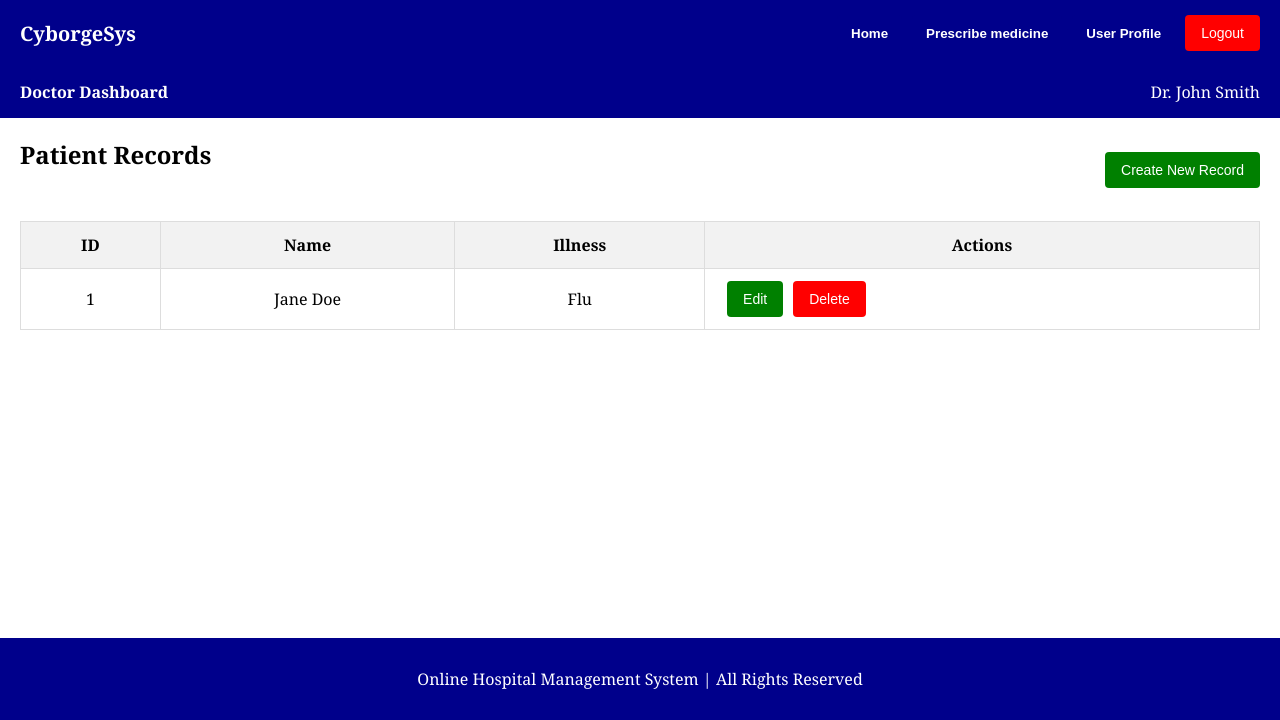
Repository: BinuriJ/HospitalSystem
Page: http://localhost/CyborgSys/DoctorDashboard.jsp
These files come from the project's save history. The page is drawn as it stood at one moment and after the next save; the edit follows.
The browser window is 1280 px wide. The pictures show the whole page.
The page is served by Tomcat 9.

Above is the page before, as saved 2025-05-10 06:07:26.

### CyborgSys/WebContent/DoctorDashboard.jsp
<%@ page language="java" contentType="text/html; charset=UTF-8" pageEncoding="UTF-8"%>
<%@ include file="DocterDashboardstyles.jsp" %>
<!DOCTYPE html>
<html>
<head>
    <meta charset="UTF-8">
    <title>Doctor Dashboard</title>
    <style>
    	<jsp:include page="footerCss.jsp" />
    </style>
</head>
<body>

<jsp:include page="header.jsp" />

<div class="top-bar">
    <div><strong>Doctor Dashboard</strong></div>
    <div>
        <span>Dr. John Smith</span>
    </div>
</div>



<div class="container">
    <div class="header">
        <h2>Patient Records</h2>
        <button class="btn btn-create">Create New Record</button>
    </div>

    <table>
        <thead>
            <tr>
                <th>ID</th>
                <th>Name</th>
                <th>Illness</th>
                <th>Actions</th>
            </tr>
        </thead>
        <tbody>
            <tr>
                <td>1</td>
                <td>Jane Doe</td>
                <td>Flu</td>
                <td>
                    <div class="actions">
                    	<br>
                        <button class="btn btn-edit">Edit</button>
                        <button class="btn btn-delete">Delete</button>
                    </div>
                </td>
            </tr>
        </tbody>
    </table>
</div>


<jsp:include page="footer.jsp" />

</body>
</html>

### CyborgSys/WebContent/DocterDashboardstyles.jsp
<style>
* {
    margin: 0;
    padding: 0;
    box-sizing: border-box;
}

html, body {
    height: 100%;
    font-family: Cambria, sans-serif;
    background-color: white;
}

/* Top Navigation Bar */
.top-bar {
    background-color: darkblue;
    color: white;
    padding: 15px 20px;
    display: flex;
    justify-content: space-between;
    align-items: center;
}

/* Main Content Area */
.container {
    padding: 20px;
}

/* Page Header */
.header {
    display: flex;
    justify-content: space-between;
    align-items: center;
    margin-bottom: 20px;
}

/* Table Styling */
table {
    width: 100%;
    border-collapse: collapse;
    background-color: white;
}

th, td {
    border: 1px solid #ddd;
    padding: 12px;
    text-align: center;
}

th {
    background-color: #f2f2f2;
}

/* Button Styling */
.btn {
    padding: 10px 16px;
    border: none;
    border-radius: 4px;
    cursor: pointer;
    font-size: 14px;
}

.btn-create,
.btn-edit,
.btn-submit {
    background-color: green;
    color: white;
}

.btn-create:hover,
.btn-edit:hover,
.btn-submit:hover {
    background-color: darkgreen;
}

.btn-delete {
    background-color: red;
    color: white;
}

.btn-delete:hover {
    background-color: darkred;
}

.actions {
    display: flex;
    gap: 10px;
}

/* Form Styling */
h2 {
    text-align: center;
    margin-bottom: 30px;
    color: black;
}

form {
    max-width: 500px;
    margin: 0 auto;
    background-color: white;
    padding: 30px;
    border-radius: 8px;
    box-shadow: 0 0 10px rgba(0,0,0,0.1);
}

label {
    display: block;
    margin-bottom: 6px;
    font-weight: bold;
    color: black;
}

input[type="text"],
select,
textarea {
    width: 100%;
    padding: 10px;
    margin-bottom: 20px;
    border: 1px solid #ccc;
    border-radius: 4px;
    font-size: 14px;
}

textarea {
    resize: vertical;
}

/* Footer Styling */
footer {
    background-color: darkblue;
    color: white;
    text-align: center;
    padding: 15px;
}
</style>

### CyborgSys/WebContent/footerCss.jsp
<style>

html, body {
    height: 100%; /* Make the html and body take full height of the viewport */
}

body {
    display: flex;
    flex-direction: column; /* Use flexbox to arrange content vertically */
    min-height: 100vh; /* Make body take the full height of the viewport */
}

.container {
    flex: 1; /* Let the main content expand to fill the available space */
}

footer {
    background-color: darkblue; /* Dark background for the footer */
    color: white; /* White text */
    padding: 10px 0; /* Padding for the footer */
    text-align: center; /* Center the footer text */
}

</style>

### CyborgSys/WebContent/header.jsp
<%@ page language="java" contentType="text/html; charset=UTF-8" pageEncoding="UTF-8"%>
<%@ include file="HeaderCss.jsp" %>
<!DOCTYPE html>
<html>
<head>
  <meta charset="UTF-8">
  <title>Common Header</title>
</head>
<body>

<div class="nav-header">
  <div class="logo">CyborgeSys</div>
  <div class="nav-buttons">
    <button class="header-btn">Home</button>
    <button class="header-btn">Prescribe medicine</button>
    <button class="header-btn">User Profile</button>
    <button class="btn btn-logout">Logout</button>
  </div>
</div>

</body>
</html>

### CyborgSys/WebContent/HeaderCss.jsp
<style>
body {
  margin: 0;
  font-family: Cambria, sans-serif;
}

.nav-header {
  background-color: darkblue;
  padding: 15px 20px;
  display: flex;
  justify-content: space-between;
  align-items: center;
  color: white;
}

.logo {
  font-size: 20px;
  font-weight: bold;
}

.nav-buttons {
  display: flex;
  gap: 10px;
}

.header-btn {
  background-color: darkblue;
  color: white;
  border: none;
  padding: 8px 14px;
  border-radius: 4px;
  cursor: pointer;
  font-weight: bold;
}

.header-btn:hover {
  background-color: slategray;
}

.btn-logout {
  background-color: red;
  color: white;
}

.btn-logout:hover {
  background-color: darkred;
}
</style>

### CyborgSys/WebContent/footer.jsp
<!-- footer.jsp -->
<footer class="bg-dark text-light py-3">
    <div class="container text-center">
        <p>Online Hospital Management System | All Rights Reserved</p>
    </div>
</footer>

After the next save:
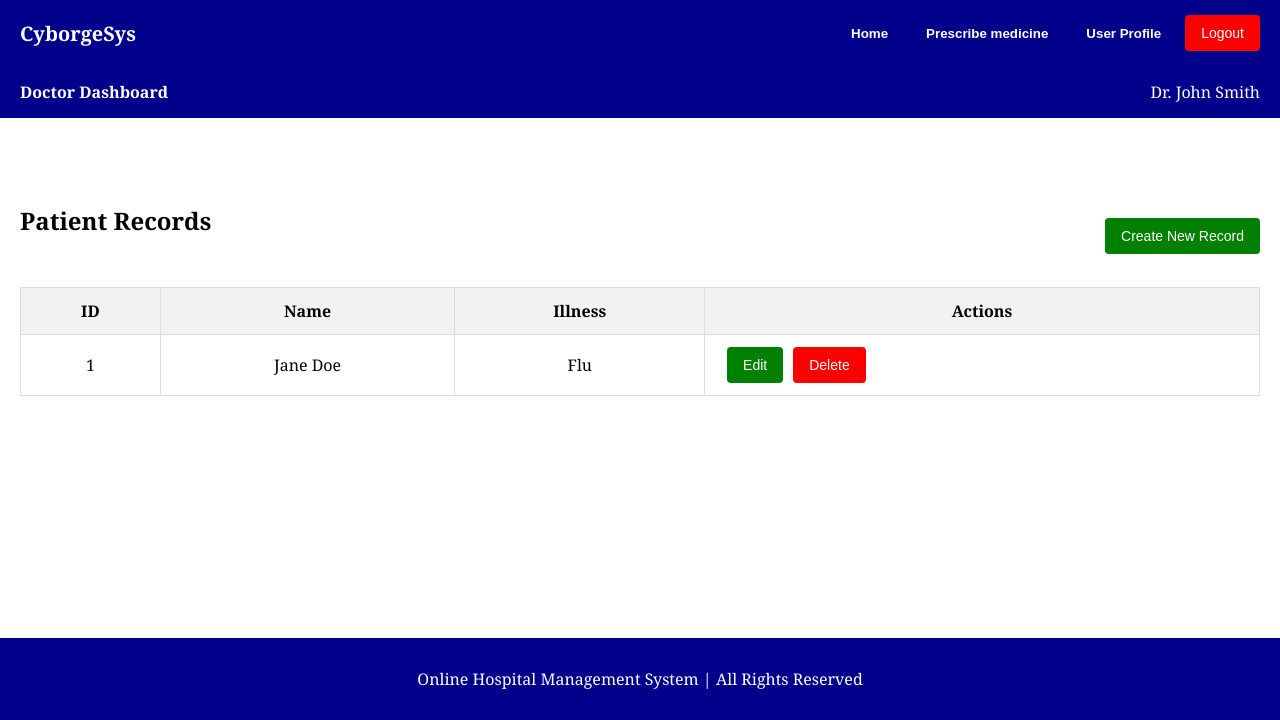
Saved 46 s later.
--- a/CyborgSys/WebContent/DoctorDashboard.jsp
+++ b/CyborgSys/WebContent/DoctorDashboard.jsp
@@ -20,7 +20,9 @@
     </div>
 </div>
 
-
+<br>
+<br>
+<br>
 
 <div class="container">
     <div class="header">
@@ -54,6 +56,9 @@
     </table>
 </div>
 
+<br>
+<br>
+<br>
 
 <jsp:include page="footer.jsp" />
 
